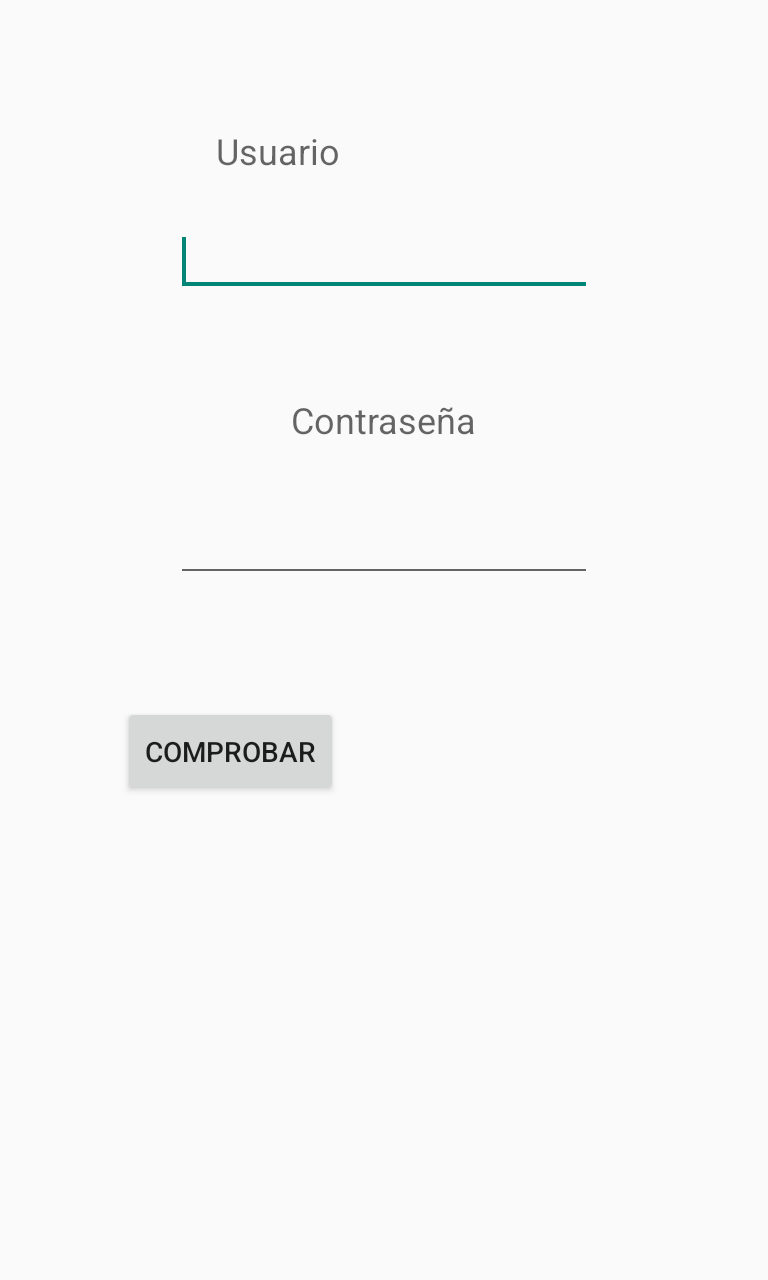
Repository: sempere-dani/pruebaGit
Layout: DobleVentanab/res/layout/activity_primera.xml
The author's editor kept a copy of each file at every save. The layout is drawn from the files as they stood at one save, then again after the next save.
It is drawn on a 768 x 1280 px phone screen (xhdpi) without system bars, with theme AppTheme; the app's code is not run.

Above is the layout before, as saved 2014-10-03 13:56:19.

After the next save:
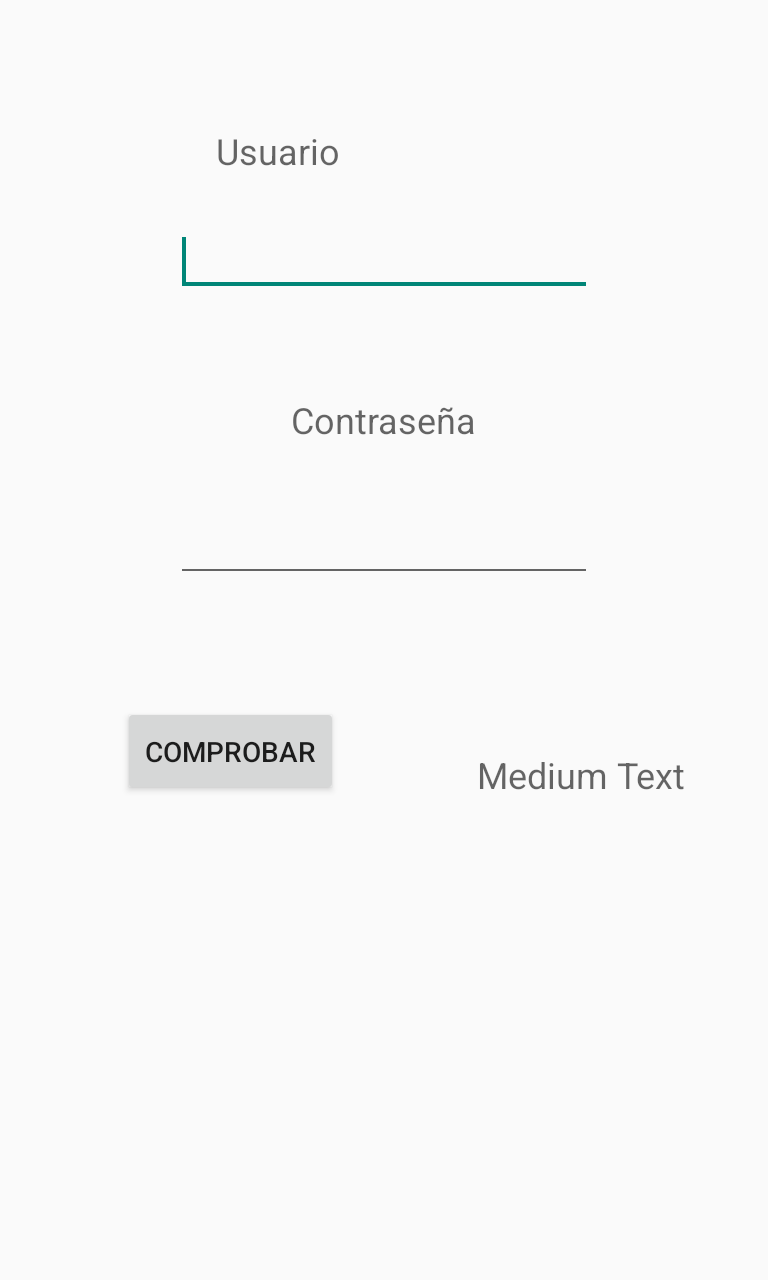
Saved 1 s later.
--- a/DobleVentanab/res/layout/activity_primera.xml
+++ b/DobleVentanab/res/layout/activity_primera.xml
@@ -61,4 +61,13 @@
         android:layout_marginTop="58dp"
         android:text="@string/buttonComprobar" />
 
+    <TextView
+        android:id="@+id/textView1"
+        android:layout_width="wrap_content"
+        android:layout_height="wrap_content"
+        android:layout_alignBottom="@+id/button1"
+        android:layout_toRightOf="@+id/textPassword"
+        android:text="Medium Text"
+        android:textAppearance="?android:attr/textAppearanceMedium" />
+
 </RelativeLayout>
